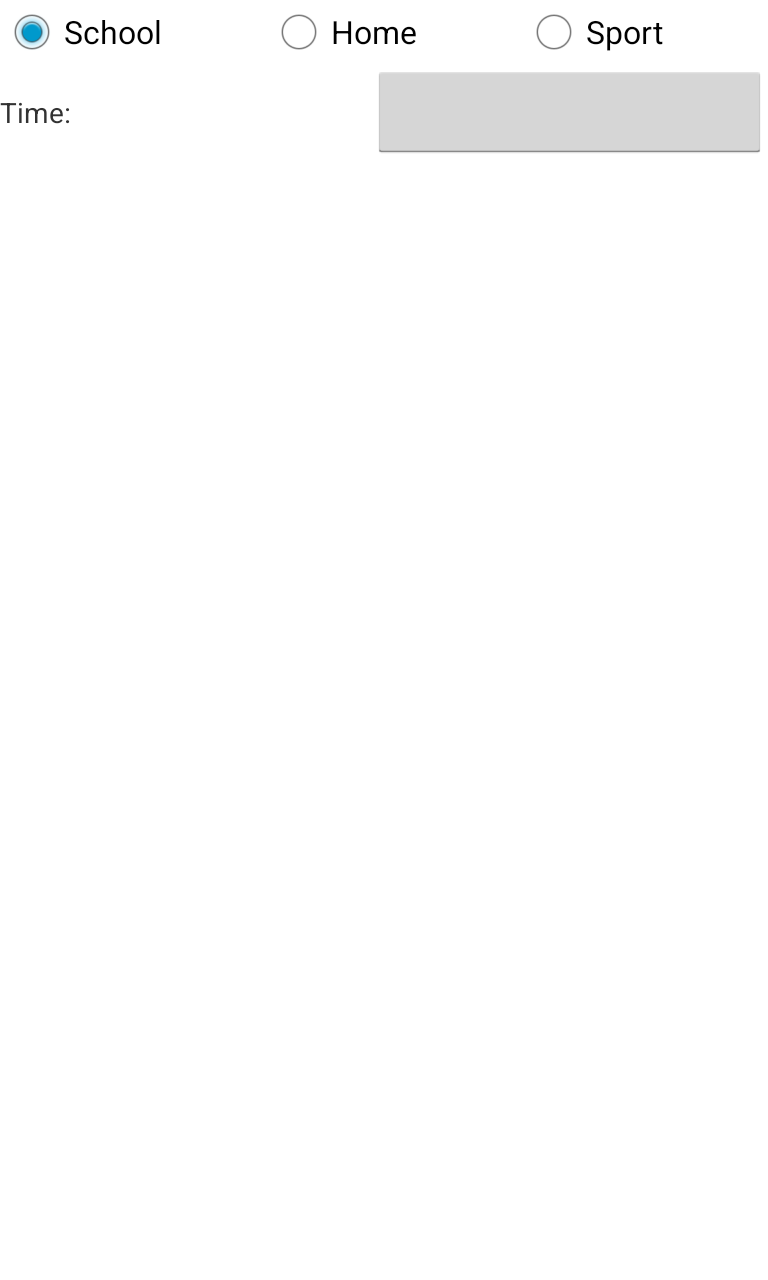
Repository: sehmon/workspace-eclipse
Layout: MilesTracker/res/layout/test_fragment_new_mile.xml
The author's editor kept a copy of each file at every save. The layout is drawn from the files as they stood at one save, then again after the next save.
It is drawn on a 768 x 1280 px phone screen (xhdpi) without system bars, with theme AppTheme; the app's code is not run.

Above is the layout before, as saved 2014-04-06 03:10:09.

### MilesTracker/res/layout/test_fragment_new_mile.xml
<?xml version="1.0" encoding="utf-8"?>
<TableLayout xmlns:android="http://schemas.android.com/apk/res/android"
    android:layout_width="match_parent"
    android:layout_height="match_parent" >


      <LinearLayout
         android:layout_width="wrap_content"
         android:layout_height="wrap_content" >


        <RadioButton
            android:id="@+id/schoolRadio"
            android:layout_width="wrap_content"
            android:layout_height="wrap_content"
            android:checked="true"
            android:text="@string/new_school_mile"
            android:layout_weight="1" />


        <RadioButton
            android:id="@+id/homeRadio"
            android:layout_width="wrap_content"
            android:layout_height="wrap_content"
            android:text="@string/new_home_mile"
            android:layout_weight="1" />

        <RadioButton
            android:id="@+id/sportRadio"
            android:layout_width="wrap_content"
            android:layout_height="wrap_content"
            android:text="@string/new_sport_mile"
            android:layout_weight="1" />

        </LinearLayout>

      <TableRow
          android:layout_width="wrap_content"
          android:layout_height="wrap_content"
          >


          <TextView
              android:id="@+id/newMileTimeTextView"
            android:layout_width="wrap_content"
            android:layout_height="wrap_content"
            android:layout_weight="1"
            android:text="@string/new_mile_time"/>

          <Button
            android:id="@+id/timeButton"
            style="?android:attr/buttonStyleSmall"
            android:layout_width="wrap_content"
            android:layout_height="wrap_content"
            android:layout_weight="1" />

      </TableRow>


</TableLayout>

### MilesTracker/res/values/strings.xml
<?xml version="1.0" encoding="utf-8"?>
<resources>

    <string name="app_name">MilesTracker</string>
    <string name="action_settings">Settings</string>
    <string name="new_mile">Add a new Mile&#8230;</string>
    <string name="miles_needed">Miles Needed</string>
    <string name="miles_ran">Miles Ran</string>
    <string name="miles_to_go">Miles To Go</string>


    <string name="new_mile_type">Type</string>
    <string name="new_school_mile">School</string>
    <string name="new_home_mile">Home</string>
    <string name="new_sport_mile">Sport</string>

    <string name="new_mile_time">Time:</string>
    <string name="new_mile_date">Date:</string>
    <string name="new_mile_length">Length:</string>
    <string name="new_mile_description">Description:</string>

    <string name="add_new_mile">Add Mile</string>

    <string name="date_dialog">Date</string>

    <string name="add">Add</string>
    <string name="cancel">Cancel</string>






</resources>

Loaded but not shown: MilesTracker/res/values/styles.xml (common file); MilesTracker/res/values-v11/styles.xml (common file); MilesTracker/res/values-v14/styles.xml (common file)

After the next save:
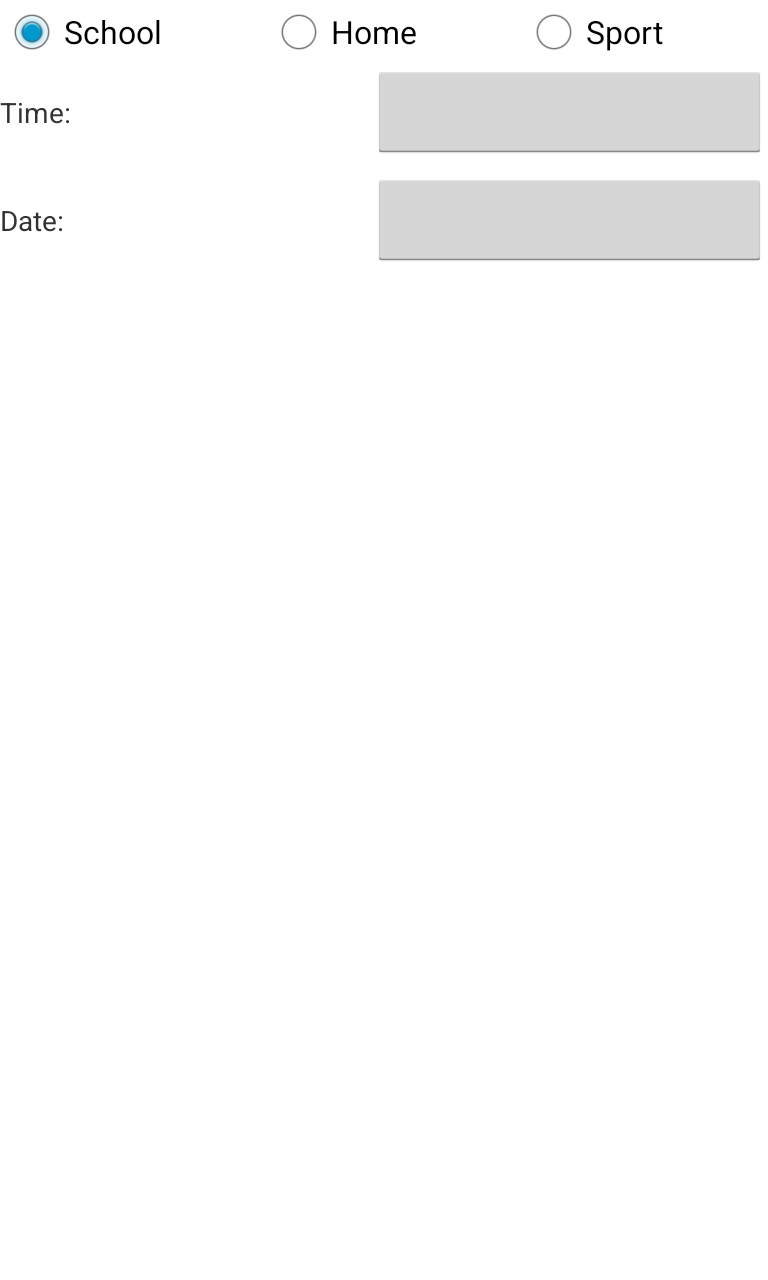
Saved 56 s later.
--- a/MilesTracker/res/layout/test_fragment_new_mile.xml
+++ b/MilesTracker/res/layout/test_fragment_new_mile.xml
@@ -56,5 +56,26 @@
 
       </TableRow>
 
+      <TableRow
+        android:layout_width="fill_parent"
+        android:layout_height="wrap_content"
+        android:layout_marginTop="6dp" >
+
+        <TextView
+            android:id="@+id/newMileDateTextView"
+            android:layout_width="wrap_content"
+            android:layout_height="wrap_content"
+            android:layout_weight="1"
+            android:text="@string/new_mile_date" />
+
+        <Button
+            android:id="@+id/dateButton"
+            style="?android:attr/buttonStyleSmall"
+            android:layout_width="wrap_content"
+            android:layout_height="wrap_content"
+            android:layout_weight="1" />
+
+    </TableRow>
+
 
 </TableLayout>
